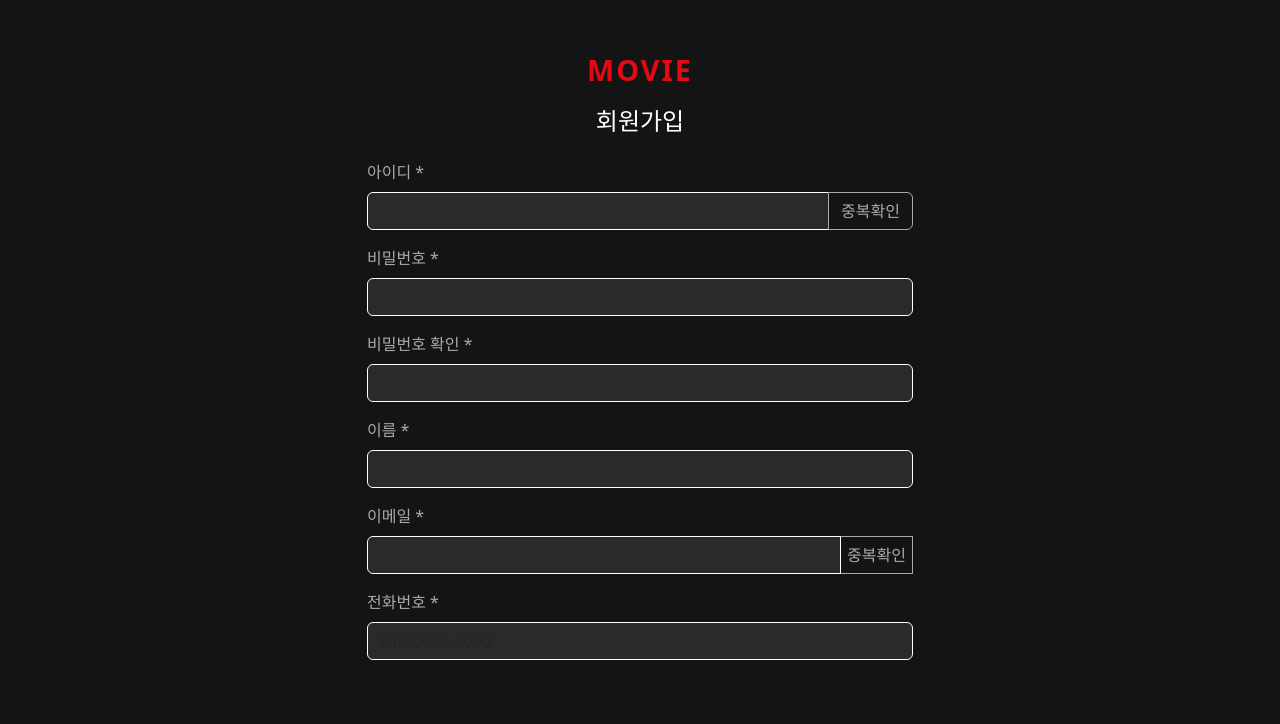
Repository: Se-Jong-Park/InsideReview
Page: http://localhost/moviejoin/WEB-INF/views/user/form.jsp
These files come from the project's save history. The page is drawn as it stood at one moment and after the next save; the edit follows.
The browser window is 1280 px wide. The pictures show the whole page.
The page is served by Tomcat 9. Nobody is signed in. The template is opened directly, without the code that normally fills it, so the values that code supplies are empty.

Above is the page before, as saved 2026-03-18 15:49:19.

After the next save:
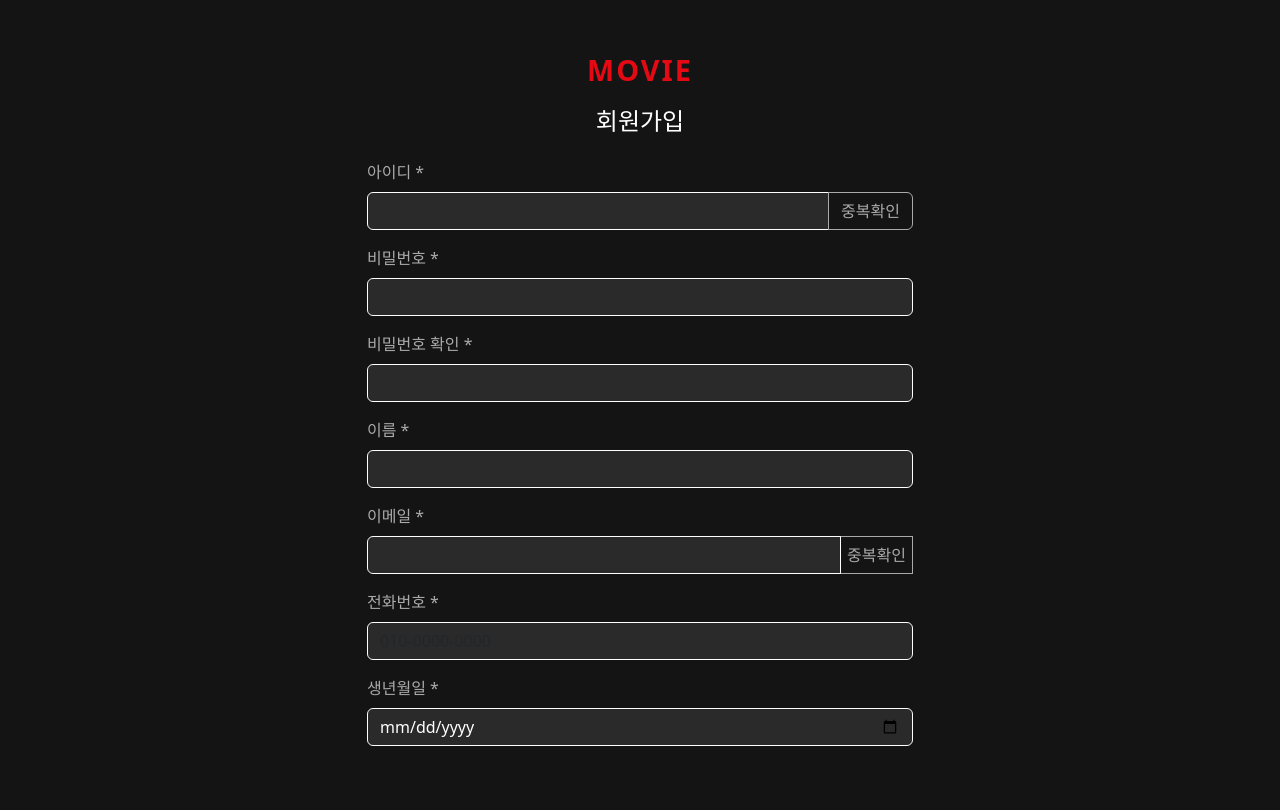
Saved 84 s later.
--- a/moviejoin/src/main/webapp/WEB-INF/views/user/form.jsp
+++ b/moviejoin/src/main/webapp/WEB-INF/views/user/form.jsp
@@ -91,6 +91,10 @@
 					<label class="form-label">전화번호 *</label>
 					<input type="text" name="uphone" class="form-control" maxlength="13" placeholder="010-0000-0000" required>
 				</div>
+				<div class="mb-3">
+					<label class="form-label">생년월일 *</label>
+					<input type="date" name="ubirth" class="form-control" required>
+				</div>
 			</div>
 		</div>
 	</div>
